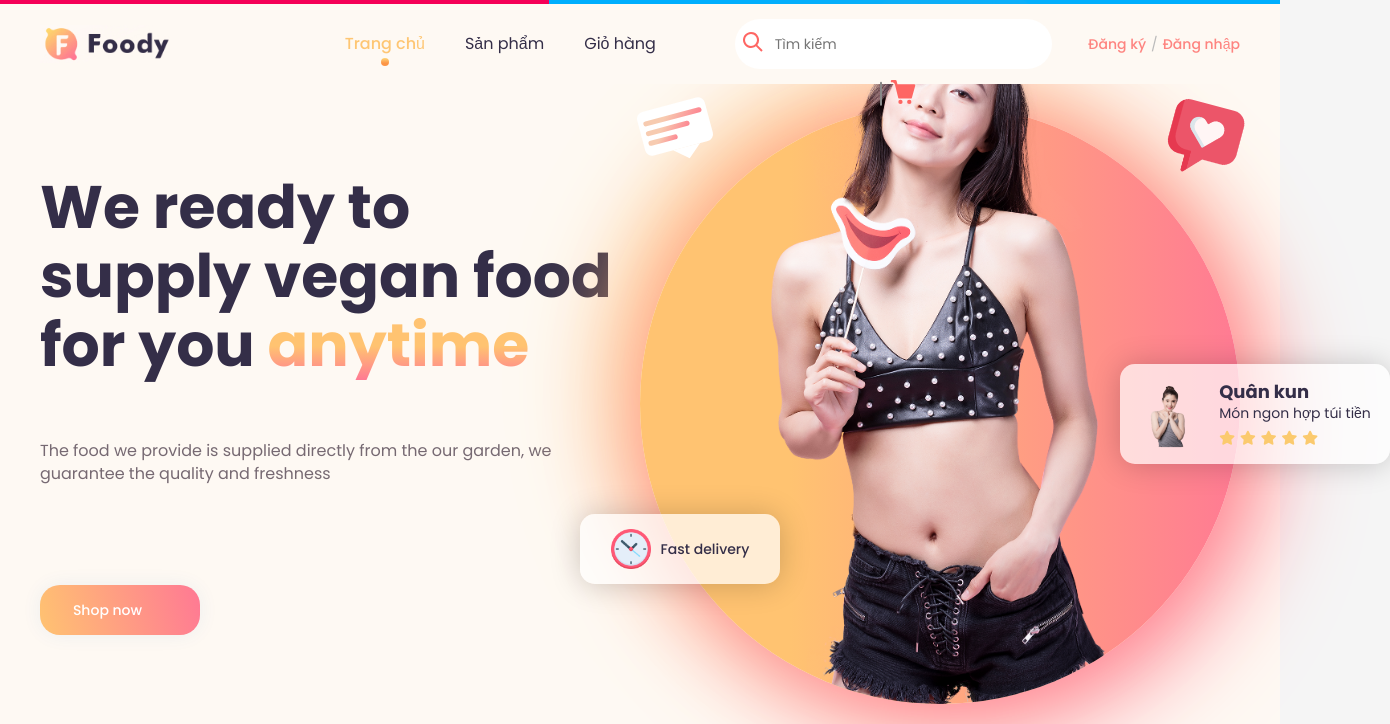
Repository: phamvuhung2710/react-ecommerce
Page: /
These files come from the project's save history. The page is drawn as it stood at one moment and after the next save; the edit follows.
The browser window is 1280 px wide. The page is 1390 px wide, so the pictures cover 1390 px, including what lies to the right of the window. The pictures show the whole page.
The page's requests for data from a server got no answer. Some web libraries are served in a nearby version. The project was rebuilt for these pictures with package versions that can differ from the ones it lists, and the page was loaded fresh each time. No one was signed in, and anything a server would have sent is missing. Also part of the build but not shown: src/guard/AuthenticatedGuard.jsx, src/guard/UnauthenticatedGuard.jsx, src/layouts/CartLayout/CartLayout.jsx, src/layouts/RegisterLayout/RegisterLayout.jsx.

Above is the page before, as saved 2021-09-07 19:02:39.

After the next save:
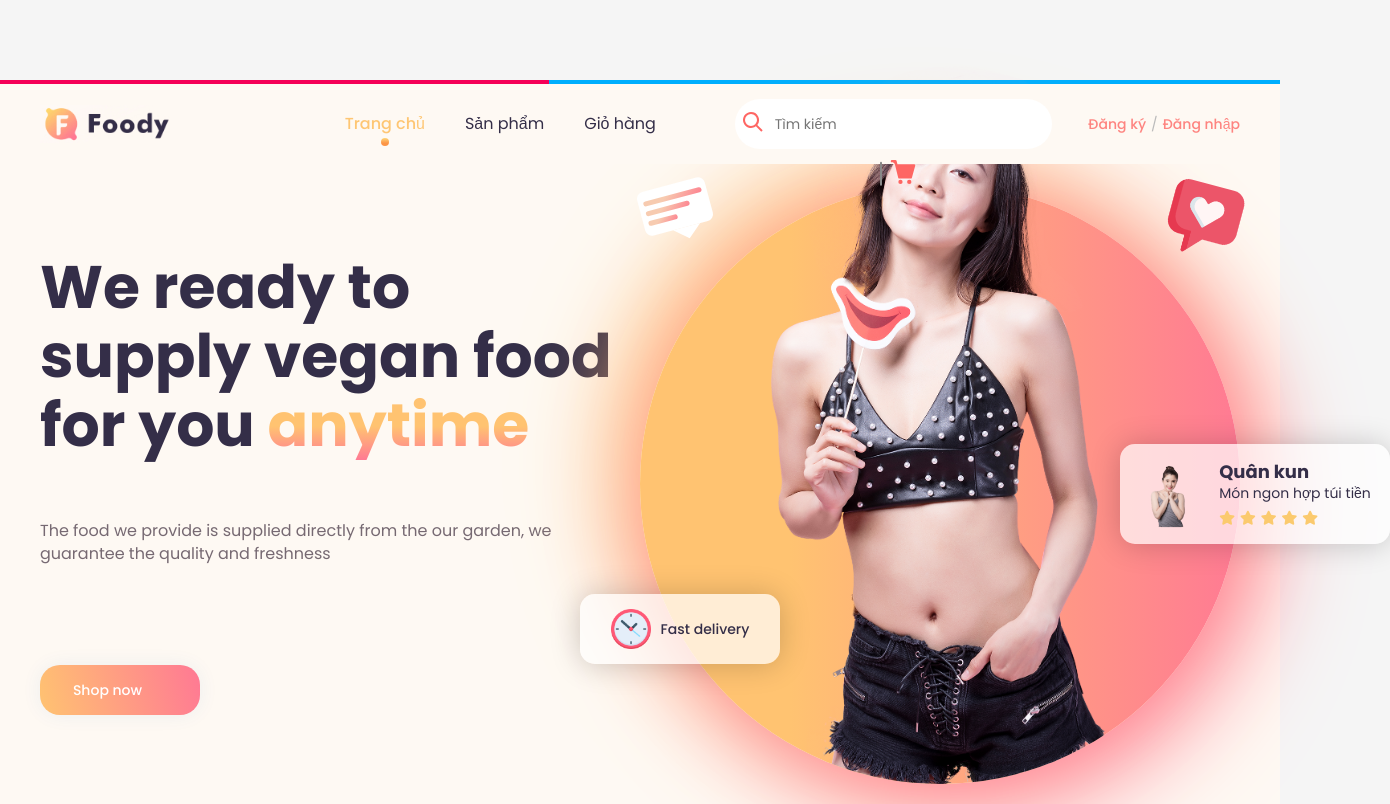
Saved 51 s later.
--- a/src/components/Fallback/Fallback.jsx
+++ b/src/components/Fallback/Fallback.jsx
@@ -8,6 +8,7 @@ const StyledLoading = styled(LinearProgress)`
   top: 0;
   left: 0;
   right: 0; */
+  margin-top: 80px;
   background-color: #00aefd !important;
 `
 
